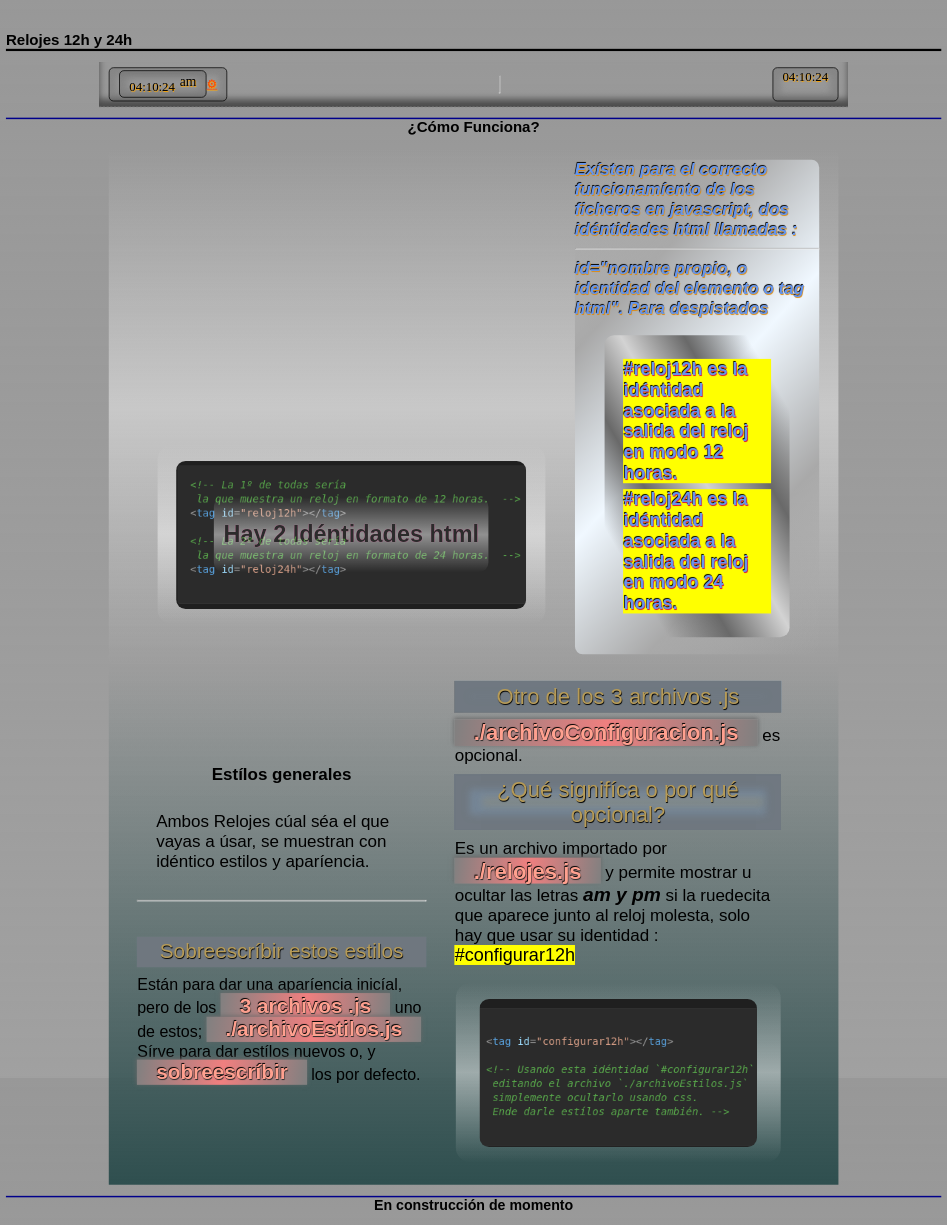
Repository: marcostonfor/clocks
Page: index.html
The author's editor kept a copy of each file at every save. The page is drawn from the files as they stood at one save, then again after the next save.
The browser window is 1280 px wide. The pictures show the whole page, at 74% of full size.
Some web fonts or font styles are not loaded; a fallback is used.

Above is the page before, as saved 2024-09-19 04:22:44.

### index.html
<!DOCTYPE html>
<html lang="ca-ES, en-US">

<head>
    <meta charset="utf-8">
    <meta name="viewport" content="width=device-width, initial-scale=1">
    <title>relojes</title>
    <style>
        @import url('https://fonts.cdnfonts.com/css/nahista');
        @import url('https://fonts.cdnfonts.com/css/i-ichimaru');
        * {
            box-sizing: border-box;
            font-size: calc(1em * 1.062);
        }

        :root {
           --font-size-standard: calc(1em * 1.30);
        }

        body {
            background-image: repeating-linear-gradient(0deg, hsla(0, 0%, 41%, 0.63) 12%, hsla(0, 0%, 0%, 0.404));
            /* font-family: 'i Ichimaru', sans-serif; */
            font-family: 'Nahista', sans-serif;
        }

        h1 {
            margin-top: 6vh;
            border-bottom: 0.3vw solid black;
        }

        #dosRelojes {
            width: 80%;
            height: auto;
            margin: 2vh auto;
            padding: 1vh 1vw;
            display: flex;
            border-bottom: 0.1vw dashed gray;
            /* box-shadow: inset -0.2vh 0 06px hsl(41, 100%, 50%); */
            box-shadow: inset 0 -10px 10px rgba(0, 0, 0, 0.5);
        }

        summary::marker {
            content: none !important;
        }

        summary {
            cursor: pointer !important;
            color: orangered;
            text-decoration: underline;
            margin: 0.5vh auto;
            font-size: 12pt;
        }

        #caja12h {
            display: flex;
            align-items: center;
            justify-content: stretch;
        }

        h2 {
            text-align: center;
            margin-top: 2vh;
            border-top: 0.2vw solid darkblue;
        }

        #identidades_principales {
            display: flex;
            justify-content: space-around;
            align-items: last baseline;
            padding: 2vh 2vw;
            width: 78%;
            margin: auto auto;
            background-image: repeating-linear-gradient(0deg, transparent, hsla(0, 0%, 96%, 0.5), transparent);
            border-radius: 0.755vw;
        }

        .conFoto figure {
            position: relative;
            display: flex;
            align-items: center;
            justify-content: center;
            background-image: repeating-linear-gradient(0deg, transparent, hsla(0, 0%, 96%, 0.5), transparent);
            padding: 3vh 2vw;
            border-radius: 1.6vw;
        }

        .conFoto figure img {
            border-radius: 1vw;
        }

        .conFoto figure figcaption {
            padding: 0vh 1vw;
            position: absolute;
            border-radius: 1vw;
            text-shadow: 0 0 1px hotpink;
            font-size: var(--font-size-standard);
            background-image: repeating-linear-gradient(0deg, transparent, hsla(0, 0%, 96%, 0.5), transparent);
            mix-blend-mode: screen;
        }

        .conFoto p {
            width: 85%;
            margin: 2vh auto;
        }

        .conTexto {
            width: fit-content;
            height: auto;
            color: cornflowerblue;
            font-weight: bold;
            text-shadow: 0.1vh 0.1vw 1px rgb(220, 140, 20), -0.1vh -0.1vw 1px hsl(0, 0%, 0%);
            background-image: repeating-linear-gradient(132deg, transparent, darkgray, aliceblue, darkgray, transparent);
            border-radius: 0.8vw;
        }

        .conTexto blockquote {
            padding: 2vw;
            border-radius: 1vw;
            background-image: linear-gradient(-120deg, transparent 12%, dimgray, lightgray, dimgray, transparent, transparent);
        }

        .conTexto blockquote mark {
            text-shadow: 0.1vh 0.1vw 1px rgb(220, 20, 60), -0.1vh -0.1vw 1px black;
            color: cornflowerblue !important;
            display: block;
            margin: 1vh auto;
        }

        #estilos_generales {
            width: 78%;
            margin: auto auto;
            padding: 1vh 3vw;
            display: flex;
            justify-content: space-around;
            align-items: center;
            background-image: repeating-linear-gradient(0deg, darkslategray, transparent);

        }

        #estilos_generales article h3 {
            text-align: center;
            width: fit-content;
            margin: 3vh auto;
        }

        #textoGeneral {
            padding: 2vh 2vw;
            width: fit-content;
            /* border: 0.2vw solid black; */
            overflow: hidden;
        }

        .hache3 {
            display: block !important;
            text-align: center;
            margin: 1.5vh auto;
            padding: 0.6vh 0vw;
            font-family: 'Nahista', sans-serif;
            font-weight: lighter;
            font-size: var(--font-size-standard);
            color: hsl(43, 39%, 53%);
            text-shadow: 0.1vh 0.1vw 1px black;
            box-shadow: inset 0 0 10px 21px hsla(0, 0%, 41%, 0.5), inset 1vh 0vw 10px 31px hsl(210, 14%, 53%);
        }

        .code_md {
            font-weight: bolder;
            font-size: var(--font-size-standard);
            background-image: repeating-linear-gradient(98deg, gray, hsl(0, 79%, 72%), gray);
            padding: 0.2vh 2vw;
            color: hsl(9, 100%, 78%);
            text-shadow: 0.1vh 0.1vw 1px hsl(0, 0%, 18%), -0.1vh -0.1vw 1px hsl(0, 0%, 0%);
            box-shadow: 0 -1.6px 6px dimgray;
            margin: 1vh auto !important;
        }
    </style>
</head>

<body>
    <header>
        <h1>Relojes 12h y 24h</h1>
        <aside id="dosRelojes">
            <div id="caja12h">
                <div id="reloj12h"></div>
            </div>
            <hr>
            <div id="reloj24h"></div>
        </aside>
        <nav></nav>
    </header>
    <main>
        <h2>¿Cómo Funciona?</h2>
        <section id="identidades_principales">
            <article class="conFoto">
                <figure>
                    <img src="./img/identidadesPrincipales.png" alt="foto de las id principales">
                    <figcaption>
                        <h3>Hay 2 Idéntidades html</h3>
                    </figcaption>
                </figure>
            </article>
            <article class="conTexto">
                <cite>Exísten para el correcto funcionamíento de los ficheros en javascript, dos idéntidades html
                    llamadas :</cite>
                <hr /><cite>id="nombre propio, o identidad del elemento o tag html". Para despistados</cite>
                <blockquote>
                    <mark>#reloj12h es la idéntidad asociada a la salida del reloj en modo 12 horas.</mark>

                    <mark>#reloj24h es la idéntidad asociada a la salida del reloj en modo 24 horas.</mark>
                </blockquote>
            </article>
        </section>
        <section id="estilos_generales">
            <article>
                <h3>Estílos generales</h3>
                <p id="textoGeneral">
                    Ambos Relojes cúal séa el que vayas a úsar, se muestran con idéntico estilos y aparíencia. <br>
                    <hr><br><strong class="hache3">Sobreescríbir estos estilos</strong>
                    Están para dar una aparíencia inicíal, <br> pero de los <span class="code_md">3 archivos .js</span>
                    uno de estos;

                    <span class="code_md">./archivoEstilos.js</span> Sírve para dar estílos nuevos o, y <span
                        class="code_md">sobreescríbir</span> los por defecto.
                </p>
            </article>
            <article class="conFoto">
                <p><strong class="hache3">Otro de los 3 archivos .js</strong>

                    <span class="code_md">./archivoConfiguracion.js</span> es opcional.

                    <strong class="hache3">¿Qué signifíca o por qué opcional?</strong>
                    Es un archivo importado por <span class="code_md">./relojes.js</span> y permite mostrar u ocultar las letras <em><strong>am y pm</strong></em>
                    si la ruedecita que aparece junto al reloj molesta, solo hay que usar su identidad : <mark>#configurar12h</mark>
                </p>
                <figure>
                    <img src="./img/fotoDetails12h.png" alt="foto de las id principales">
                    <figcaption>
                        <!-- <h3>Hay 2 Idéntidades html</h3> -->
                    </figcaption>
                </figure>

            </article>
        </section>
    </main>
    <h2>En construcción de momento</h2>
    <script type="module" src="./relojes.js"></script>
</body>

</html>

<!--<p>Este es un texto con un <span style="font-size: 125%;">texto 25% más grande</span> que el resto.</p>
-->

### relojes.js

import { estilosPersonales } from './archivoEstilos.js';
import { conf12h } from './archivoConfiguracion.js';
function laHora() {
	const Reloj = class {
		constructor(formato, salida) {
			this.ahora = new Date();
			this.reloj = {
				hora: this.ahora.getHours(),
				minuto: this.ahora.getMinutes(),
				segundo: this.ahora.getSeconds()
			};
			this._formato = formato;
			this._salida = salida;
		}

		get formato() {
			return this._formato;
		}

		get salida() {
			return this._salida;
		}

		set formato(horaActual) {
			this._formato = horaActual;
		}

		set salida(output) {
			this._salida = output;
		}

		anyadirCero(formatear) {
			return formatear <= 9 ? "0" + formatear : formatear;
		}

		_12h() {
			let horas = this.reloj.hora % 12;
			if (horas === 0) horas = 12;
			const amOpm = this.reloj.hora >= 12 ? "pm" : "am";
			this._formato = `${this.anyadirCero(horas)}:${this.anyadirCero(this.reloj.minuto)}:${this.anyadirCero(this.reloj.segundo)}<sup>${amOpm}</sup>`;
			return this._formato;
		}

		_24h() {
			this._formato = `${this.anyadirCero(this.reloj.hora)}:${this.anyadirCero(this.reloj.minuto)}:${this.anyadirCero(this.reloj.segundo)}`;
			return this._formato;
		}
	};

	const laSalida = () => {
		const salida = document.getElementById("reloj12h");
		const salida24h = document.getElementById("reloj24h");
		const doceHoras = new Reloj();
	//	salida.innerHTML = doceHoras._12h();
	//	salida24h.innerHTML = doceHoras._24h();

 // Verifica si existe el elemento #reloj12h
 if (salida) {
	salida.innerHTML = doceHoras._12h();
	conf12h(); // Llamada a la función conf12h() si el elemento existe
}

// Verifica si existe el elemento #reloj24h
if (salida24h) {
	salida24h.innerHTML = doceHoras._24h();
}


	function estiloscss(estilosPersonales) {

		const estils = document.createElement('STYLE');
		estils.textContent = `
* {
    box-sizing: border-box;
}

div {
    text-align: center;
    width: fit-content;
    border: 0.1vw solid black;
    font-size: 13pt;
    padding: 0.5vh 1vw;
    box-shadow: inset 0 0 10px 10px hsla(0, 0%, 41%, 0.397);
    font-family: 'Comic Sans MS';
    color: black;
    text-shadow: 0.1vh 0.1vw 1px orange;
    border-radius: 0.5vw;
}


sup {
    margin-left: 0.5vw !important;
}
	`;
		if (estilosPersonales) {
			estils.textContent += estilosPersonales;
		}


		document.head.appendChild(estils);
}

	// Llamada a la función con estilos adicionales
	estiloscss(estilosPersonales);


	};

// estiloscss();
return setInterval(laSalida, 1000);
}
laHora();

### archivoEstilos.js
export const estilosPersonales = `

    `;

### archivoConfiguracion.js
export function conf12h() {
    const config = document.createElement('DETAILS');
    const summary = document.createElement('SUMMARY');
    summary.innerHTML = `&#9881;`;
    config.appendChild(summary);

    // Verificar si el checkbox ya existe
    if (!document.getElementById('miCheckbox')) {
        const checkbox = document.createElement('input');
        checkbox.type = 'checkbox';
        checkbox.id = 'miCheckbox';
        checkbox.checked = true; // Mostrar <sup> por defecto

        const label = document.createElement('label');
        label.htmlFor = 'miCheckbox'; // Asegúrate de que coincida con el id del checkbox
        label.textContent = 'Ver "am" "pm"';

        // Crear un elemento <style> para manejar la visibilidad de <sup>
        let estils = document.getElementById('dynamicStyles');
        if (!estils) {
            estils = document.createElement('style');
            estils.id = 'dynamicStyles';
            document.head.appendChild(estils);
        }

        // Función para actualizar el estilo de <sup>
        const updateSupVisibility = () => {
            if (checkbox.checked) {
                estils.textContent = `
                    sup {
                        display: inline !important;
                    }
                `;
            } else {
                estils.textContent = `
                    sup {
                        display: none !important;
                    }
                `;
            }
        };

        // Inicializar el estilo de <sup>
        updateSupVisibility();

        // Agregar un evento al checkbox para alternar la visibilidad de <sup>
        checkbox.addEventListener('change', updateSupVisibility);

        const mostrarConfiguracion = document.getElementById('caja12h');
        // Agregar el checkbox y el label al cuerpo del documento
        label.appendChild(checkbox);
        config.appendChild(label);
        mostrarConfiguracion.appendChild(config);
    }
}

After the next save:
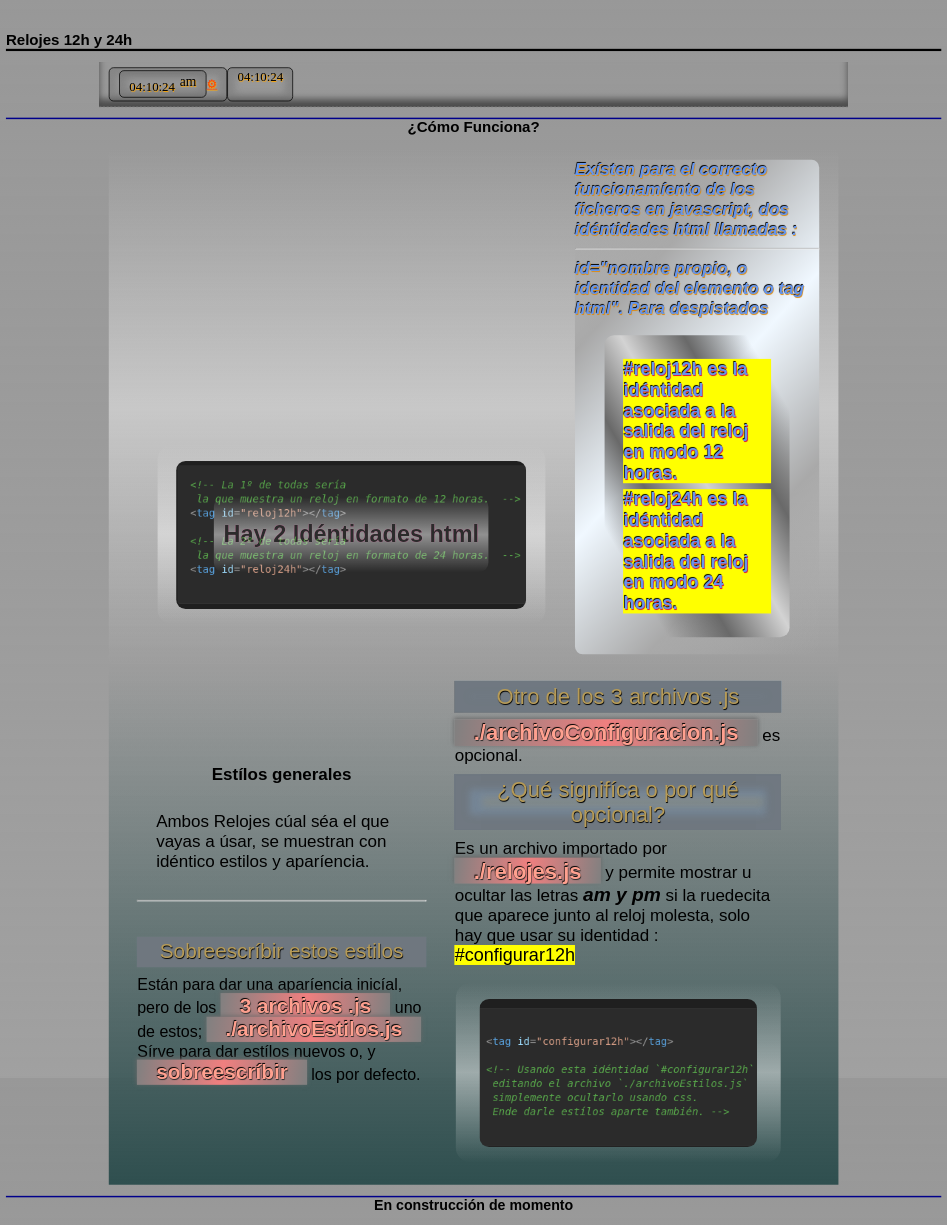
Saved 33 s later.
--- a/index.html
+++ b/index.html
@@ -183,7 +183,7 @@
             <div id="caja12h">
                 <div id="reloj12h"></div>
             </div>
-            <hr>
+
             <div id="reloj24h"></div>
         </aside>
         <nav></nav>

After the save that followed:
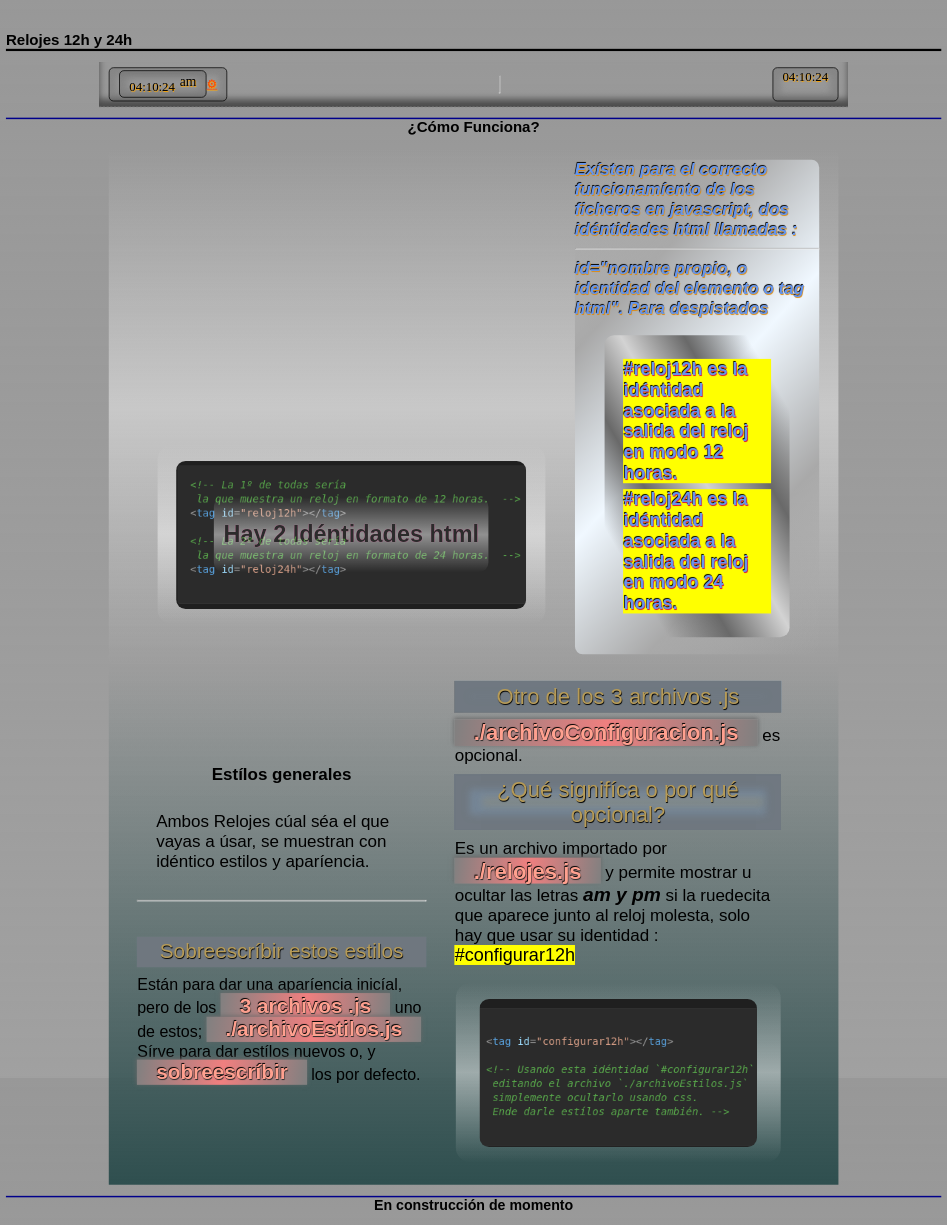
Saved 22 s later.
--- a/index.html
+++ b/index.html
@@ -183,7 +183,7 @@
             <div id="caja12h">
                 <div id="reloj12h"></div>
             </div>
-
+            <hr>
             <div id="reloj24h"></div>
         </aside>
         <nav></nav>
